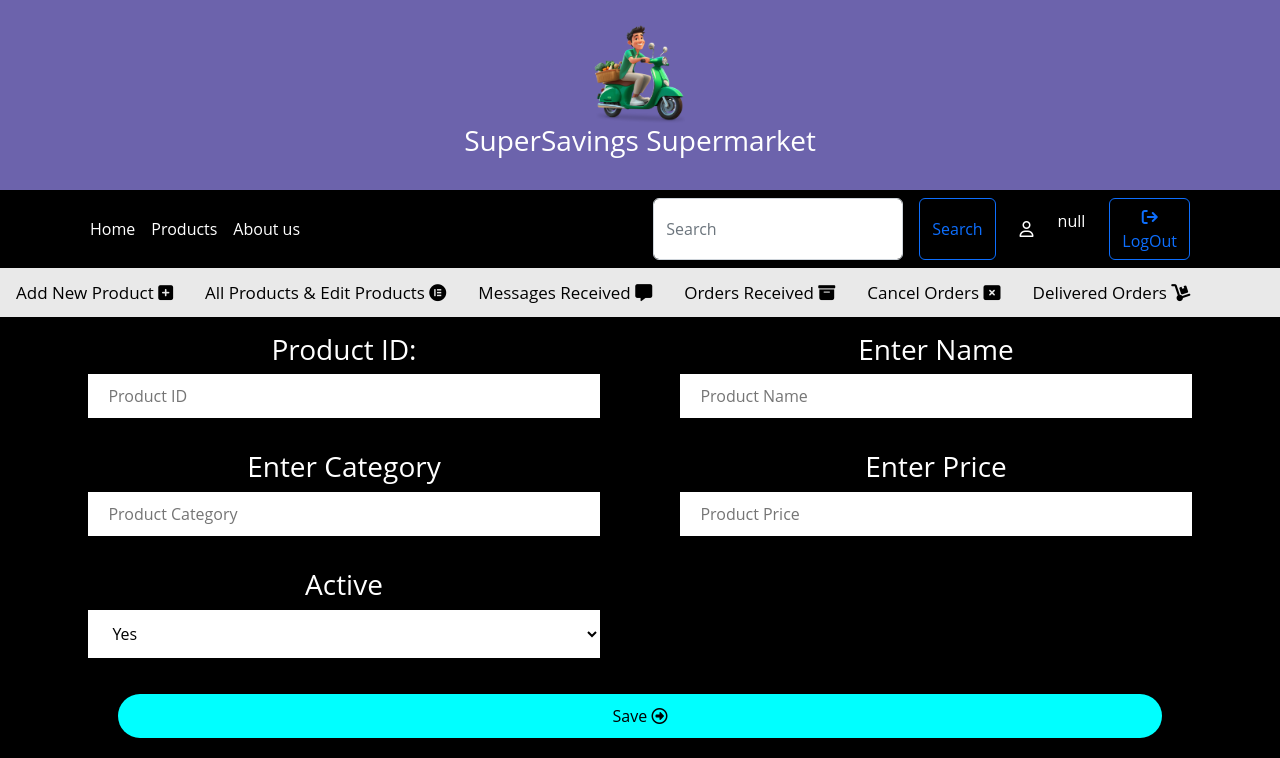
Repository: Raviraj39/SuperSaving-Online-Supermarket-Website
Page: http://localhost/Super_market/AddNewProduct.jsp
The author's editor kept a copy of each file at every save. The page is drawn from the files as they stood at one save, then again after the next save.
The browser window is 1280 px wide. The pictures show the whole page.
The page is served by Tomcat 9.

Above is the page before, as saved 2023-12-26 10:43:31.

After the next save:
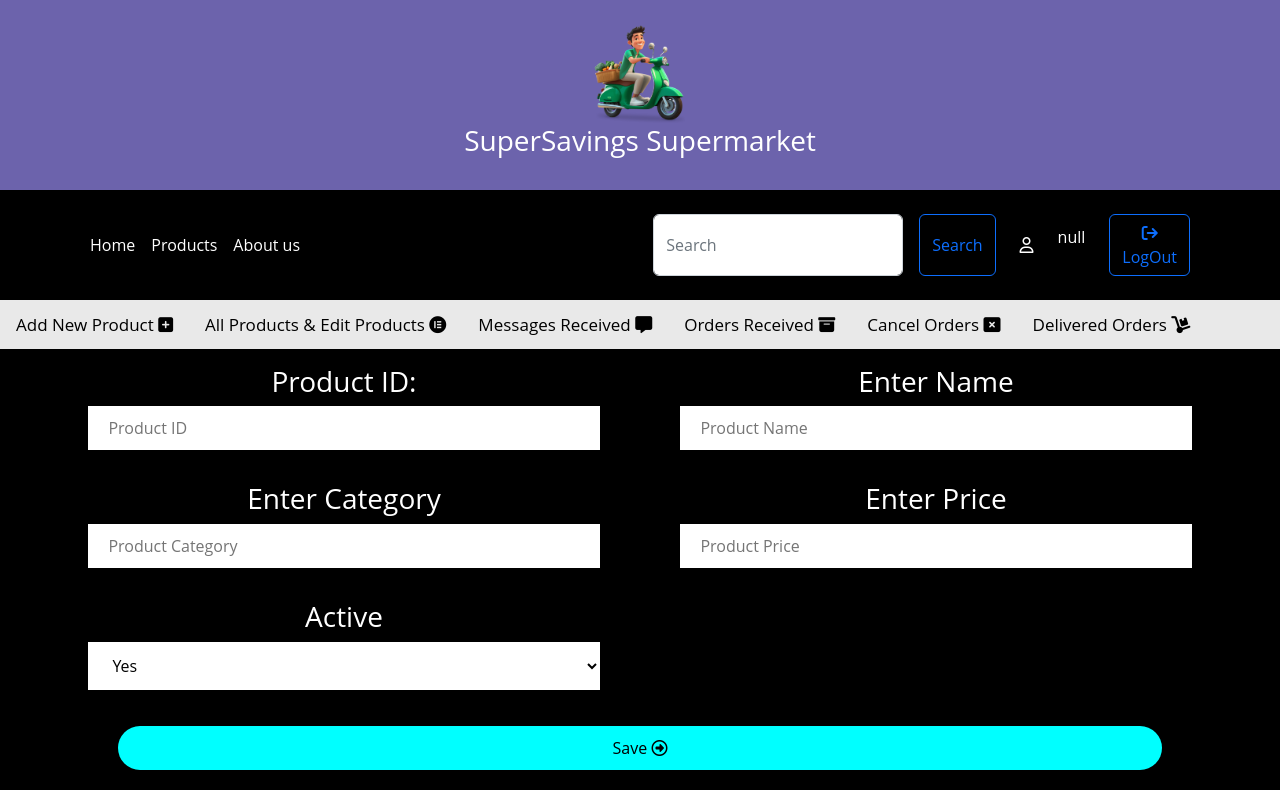
Saved 13 s later.
--- a/Super_market/src/main/webapp/AdminHome.jsp
+++ b/Super_market/src/main/webapp/AdminHome.jsp
@@ -18,7 +18,7 @@
 			<h3>SuperSavings Supermarket</h3>
 		</div>
 	</div>
-	<nav class="navbar navbar-expand-lg bg-black text-white ">
+	<nav class="navbar navbar-expand-lg bg-black text-white py-4">
 		<div class="container text-white">
 			<button class="navbar-toggler" type="button" data-bs-toggle="collapse"
 				data-bs-target="#navbarSupportedContent" aria-controls="navbarSupportedContent" aria-expanded="false"
